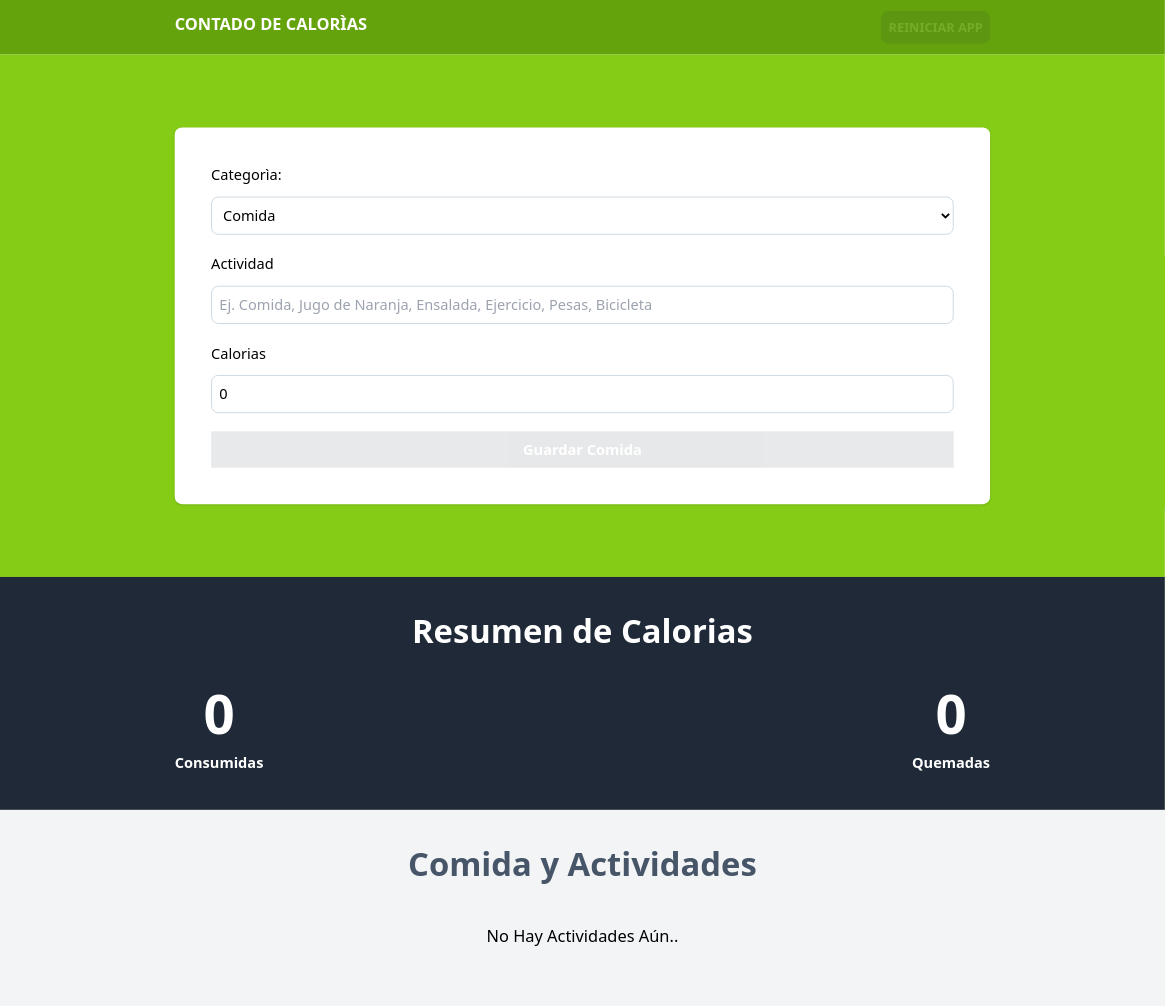
Repository: Matiiu/calorie-tracker
Page: /
The author's editor kept a copy of each file at every save. The page is drawn from the files as they stood at one save, then again after the next save.
The browser window is 1280 px wide. The pictures show the whole page, at 91% of full size.
The project was rebuilt for these pictures with package versions that can differ from the ones it lists, and the page was loaded fresh each time. Also part of the build but not shown: vite.config.ts.

Above is the page before, as saved 2024-04-01 22:55:03.

After the next save:
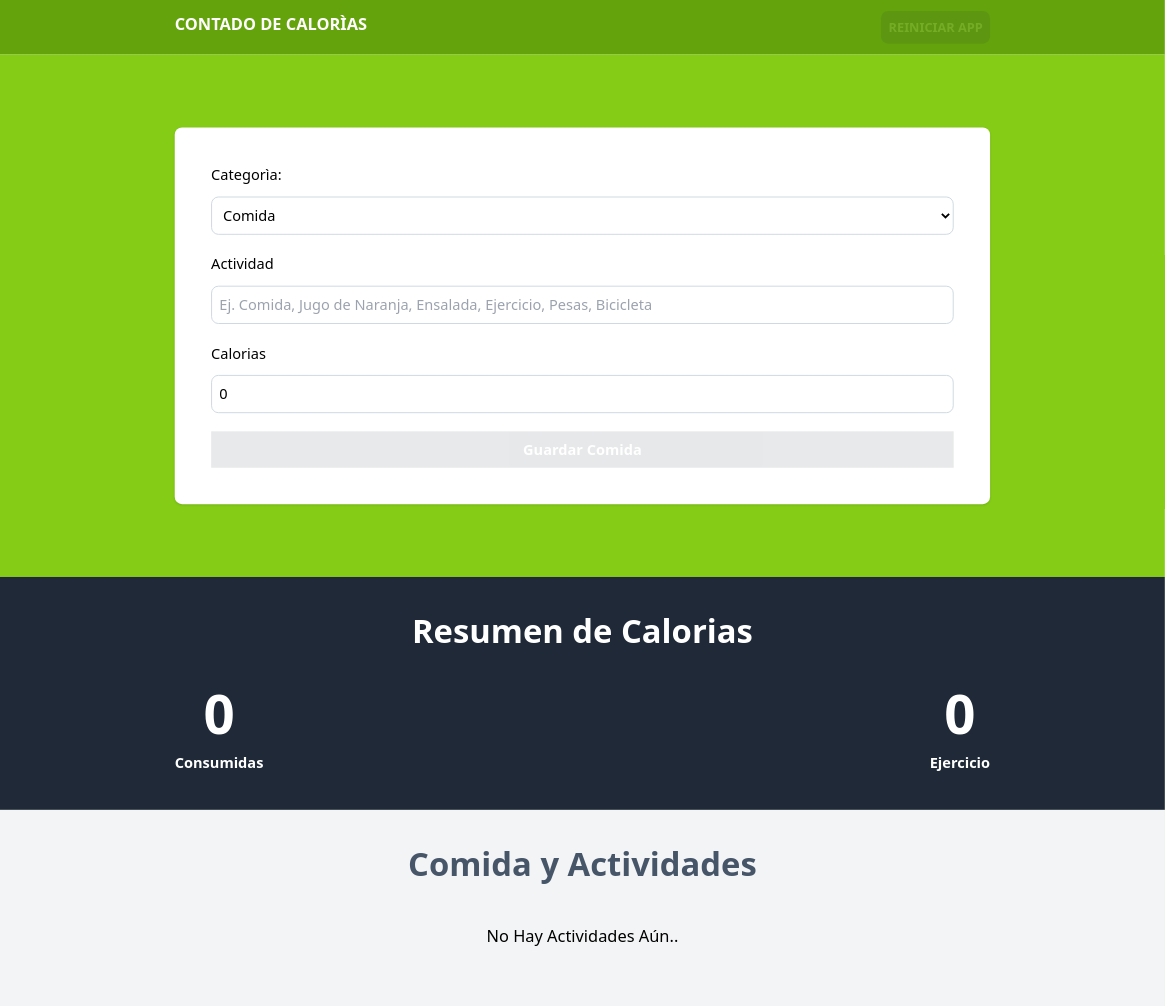
Saved 82 s later.
--- a/src/components/CaloriesTracker.tsx
+++ b/src/components/CaloriesTracker.tsx
@@ -1,5 +1,7 @@
 import { useMemo } from "react";
 import { Activity } from "../types";
+
+import CalorieDisplay from "./CalorieDisplay";
 
 type CaloriesTrackerProps = {
   activities: Activity[];
@@ -34,19 +36,8 @@ export default function CaloriesTracker({ activities }: CaloriesTrackerProps) {
       </h2>
 
       <div className="flex flex-col items-center md:flex-row md:justify-between gap-5 mt-10">
-        <p className="text-white font-bold rounded-full grid grid-cols-1 gap-3 text-center">
-          <span className="font-black text-6xl text-orange">
-            {caloriesCosumed}
-          </span>
-          Consumidas
-        </p>
-
-        <p className="text-white font-bold rounded-full grid grid-cols-1 gap-3 text-center">
-          <span className="font-black text-6xl text-orange">
-            {caloriesBurned}
-          </span>
-          Quemadas
-        </p>
+        <CalorieDisplay calories={caloriesCosumed} text="Consumidas" />
+        <CalorieDisplay calories={caloriesBurned} text="Ejercicio" />
       </div>
     </>
   );
